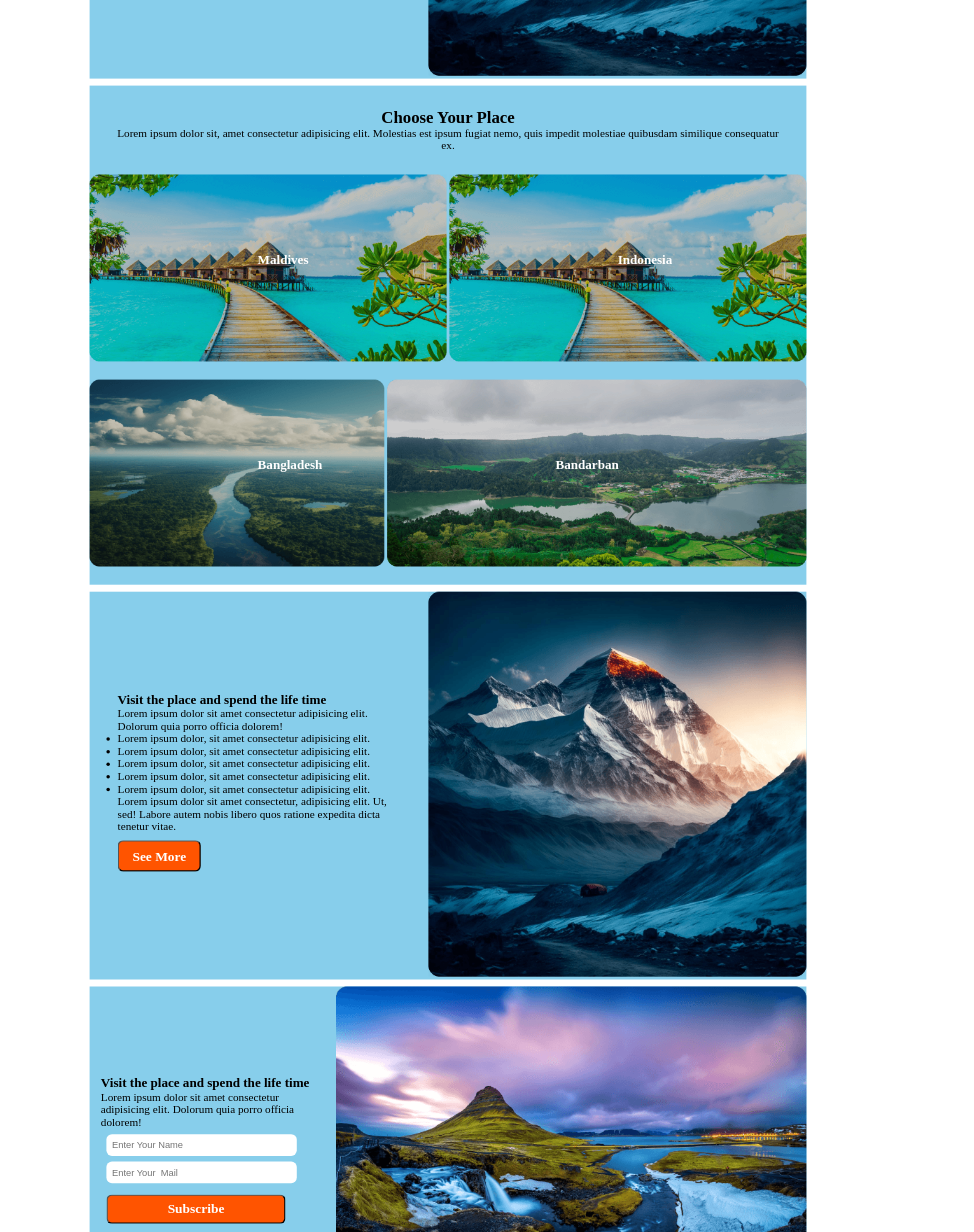
Repository: sumonkumarsarkar/Sk-Travel-Agency-
Page: index.html
The author's editor kept a copy of each file at every save. The page is drawn from the files as they stood at one save, then again after the next save.
The browser window is 1280 px wide. The page is 1392 px wide, so the pictures cover 1392 px, including what lies to the right of the window. The pictures show the part of the page from y = 1135 to 2895 px (the page is 3267 px tall before and 4963 px after), at 70% of full size.

Above is the page before, as saved 2024-01-17 07:16:15.

### index.html
<!DOCTYPE html>
<html lang="en">
<head>
    <meta charset="UTF-8">
    <meta name="viewport" content="width=device-width, initial-scale=1.0">
    <title>Sk-Travel-Agency</title>
    <link rel="stylesheet" href="./style.css">

    <link rel="stylesheet" href="https://cdnjs.cloudflare.com/ajax/libs/font-awesome/6.5.1/css/all.min.css" integrity="sha512-DTOQO9RWCH3ppGqcWaEA1BIZOC6xxalwEsw9c2QQeAIftl+Vegovlnee1c9QX4TctnWMn13TZye+giMm8e2LwA==" crossorigin="anonymous" referrerpolicy="no-referrer" />
</head>
<body>
    <header>
         <div class="container">
            <nav>
                <div class="icon-header">
                    <p> <span><img src="./Images/Group 40071 (2).png" alt=""></span>Sk-Travel-Agency</p>
                </div>
                <div class="menu-header">
                    <ul>
                        <li><a href="#">Home</a></li>
                        <li><a href="#">About</a></li>
                        <li><a href="#">Package</a></li>
                        <li><a href="#">Blog</a></li>
                        <li><a href="#">Contact</a></li>
                    </ul>
                </div>
            </nav>
         </div>


<div class="container">
    <div class="banner-section">
        <h2>Our Service</h2>
        <p>Lorem ipsum dolor sit amet consectetur adipisicing elit. Placeat in, ex esse distinctio veritatis error?</p>
        <div class="banner-button">
         <h3>where </h3>
         <h3>when<span><i class="fa-solid fa-chevron-down"></i></span></h3>
         <h3>when<span><i class="fa-solid fa-chevron-down"></i></span></h3>

        <button type="button"> <span><i class="fa-solid fa-magnifying-glass"></i></span>Find Now</button>
        </div>
       </div>

</div>


<div class="container">
    <div class="container-item">
        <div class="text-item">
         <h3>Our Popular Place</h3>
         <p>Lorem ipsum dolor sit amet consectetur adipisicing elit. Dolorum quia porro officia dolorem!</p>
         <ul>
            <li><p>Lorem ipsum dolor, sit amet consectetur adipisicing elit.</p></li>
            <li><p>Lorem ipsum dolor, sit amet consectetur adipisicing elit.</p></li>
            <li><p>Lorem ipsum dolor, sit amet consectetur adipisicing elit.</p></li>
            <li><p>Lorem ipsum dolor, sit amet consectetur adipisicing elit.</p></li>
            <li><p>Lorem ipsum dolor, sit amet consectetur adipisicing elit.</p></li>
         </ul>
         <p>Lorem ipsum dolor sit amet consectetur, adipisicing elit. Ut, sed! Labore autem nobis libero quos ratione expedita dicta tenetur vitae.</p>
         <button type="button">See More</button>
        </div>
        <div class="container-img-item">
            <img src="./Images/Rectangle 4.png" alt="">
        </div>
    </div>
</div>

    </header>


    <main>

        <!-- Choose Your place start   -->


<div class="container">
     <div class="container-text">
        <h2>Choose Your Place</h2>
        <p>Lorem ipsum dolor sit, amet consectetur adipisicing elit. Molestias est ipsum fugiat nemo, quis impedit molestiae quibusdam similique consequatur ex.</p>
     </div>
     <div class="container-image">

        <div class="img-row1">
            <div class="image">
                <img src="./Images/Rectangle 5.png" alt="">
                <h3>Maldives</h3>
             </div>
             <div class="image">
                <img src="./Images/Rectangle 5.png" alt="">
                <h3>Indonesia</h3>
             </div>
        </div>
        <div class="img-row1">
            <div class="image">
                <img src="./Images/Rectangle 11.png" alt="">
                <h3>Bangladesh</h3>
             </div>
             <div class="image">
                <img src="./Images/Rectangle 10.png" alt="">
                <h3>Bandarban</h3>
             </div>
        </div>





     </div>

</div>

        <!-- Choose Your place end
           -->

        <!-- place part start  -->

<div class="container">
    <div class="container-item">
        <div class="text-item">
         <h3>Visit the place and spend the life time</h3>
         <p>Lorem ipsum dolor sit amet consectetur adipisicing elit. Dolorum quia porro officia dolorem!</p>
         <ul>
            <li><p>Lorem ipsum dolor, sit amet consectetur adipisicing elit.</p></li>
            <li><p>Lorem ipsum dolor, sit amet consectetur adipisicing elit.</p></li>
            <li><p>Lorem ipsum dolor, sit amet consectetur adipisicing elit.</p></li>
            <li><p>Lorem ipsum dolor, sit amet consectetur adipisicing elit.</p></li>
            <li><p>Lorem ipsum dolor, sit amet consectetur adipisicing elit.</p></li>
         </ul>
         <p>Lorem ipsum dolor sit amet consectetur, adipisicing elit. Ut, sed! Labore autem nobis libero quos ratione expedita dicta tenetur vitae.</p>
         <button type="button">See More</button>
        </div>
        <div class="container-img-item">
            <img src="./Images/Rectangle 4.png" alt="">
        </div>
    </div>
</div>


 <!-- place part end  -->


 <div class="container">
    <div class="container-item">
        <div class="text-form">
         <h3>Visit the place and spend the life time</h3>
         <p>Lorem ipsum dolor sit amet consectetur adipisicing elit. Dolorum quia porro officia dolorem!</p>

         <form>
            <input type="text" placeholder="Enter Your Name">
            <input type="text" placeholder="Enter Your  Mail">
         </form>
         <button type="button">Subscribe</button>
        </div>
        <div class="container-img-item">
            <img src="./Images/Rectangle 8 (1).png" alt="">
            <h3>SK.Com</h3>
            <h2>Save Up to 70 %</h2>
        </div>
    </div>
</div>



<!-- form part start  -->




<!-- form part end  -->


    </main>









        <footer>
            <div class="container">

                    <div class="nornal-text">
                           <h3> <span><img src="./Images/Group 40071 (2).png" alt=""></span>Sk Travel Agency</h3>
                            <p>Lorem ipsum dolor sit, amet consectetur adipisicing elit. Expedita, sint!</p>
                    </div>

                <div class="icon-img">
                    <i class="fa-brands fa-facebook"></i>
                    <i class="fa-brands fa-twitter"></i>
                    <i class="fa-brands fa-linkedin"></i>
                    <i class="fa-brands fa-instagram"></i>
                    <i class="fa-brands fa-tiktok"></i>
                </div>

                <hr>

               <div class="last-text">
                 <p>@ 2017 All Rights Reserved</p>

               </div>


         </footer>





</body>
</html>

### style.css
*{
    margin: 0;
    padding: 0;
}



/* main Choose Your place start  */

.container-text {
text-align: center;
padding: 2rem;
}

.img-row1{
    display: flex;
    width: 100%;
    gap:.3rem;

}
.image img{
    width:100%;

}
.image h3{
 position: relative;
    top:-10rem;
    left:15rem;
    color: #FFF;
}
/* .indonesia-image img{
    width:100%;

}
.indonesia-image h3{
 position: relative;
    top:-10rem;
    left:15rem;
    color: #FFF;
} */





/* main Choose Your place end */


 /* main place part start  */
.container-item{
    display: flex;
    justify-content:space-around;
    align-items: center;
    margin: 10px auto;
}

.container-item .text-item{
    padding: 40px;
}

button{
color: #FFF;
text-align: center;
font-family: Mulish;
font-size: 1.2rem;
font-style: normal;
font-weight: 800;
padding: .6rem 1.2rem;
border-radius:.5rem;
background: #FF5400;
margin: 10px auto;

}



/* form part start  */

.text-form  form input{
    display: block;
    padding:.5rem;
    width: 80%;
    margin:.5rem;
    border: none;
    border-radius: .5rem;
}
.text-form{

    padding:.5rem;
    width: 80%;
    margin:.5rem;
}
.text-form button{

    padding:.5rem;
    width: 80%;
    margin:.5rem;
}



/* form part end  */




 /* main place part end */

/* header menu bar start  */




nav{
    display: flex;
    justify-content: space-between;
    align-items: center;
    margin-bottom: 1rem;
}
.icon-header{
    align-items: center;
    padding:20px;
}
.icon-header img{
    width: 1rem;
    height: 1rem;
}
.menu-header ul{
    list-style: none;

}
.menu-header ul li{
   display: inline-block;
   padding: 10px 10px;

}
.menu-header ul li a{
    text-decoration: none;
}

.banner-section{
    background-image: url("./Images/Group 13 (1) (1).png");
}




.banner-section{
    text-align: center;
    padding:15rem;


}
.banner-button h3{
    display: inline-block;
    padding: 1rem .5rem;
    color: #FFF;
    margin: 0 1rem;
}

/* header menu bar end  */


/* footer section start  */
.container{
 background: skyblue;
 margin: 1rem auto;
}
.container .nornal-text{
text-align: center;
padding: 2rem 2rem;


}.container .icon-img{
text-align: center;
padding: 1rem 2rem;


}
.container .last-text{
text-align: center;
padding: 1rem 2rem;


}
.container, hr{

width: 80%;
margin: 0 auto;


}



/* footer section end  */

After the next save:
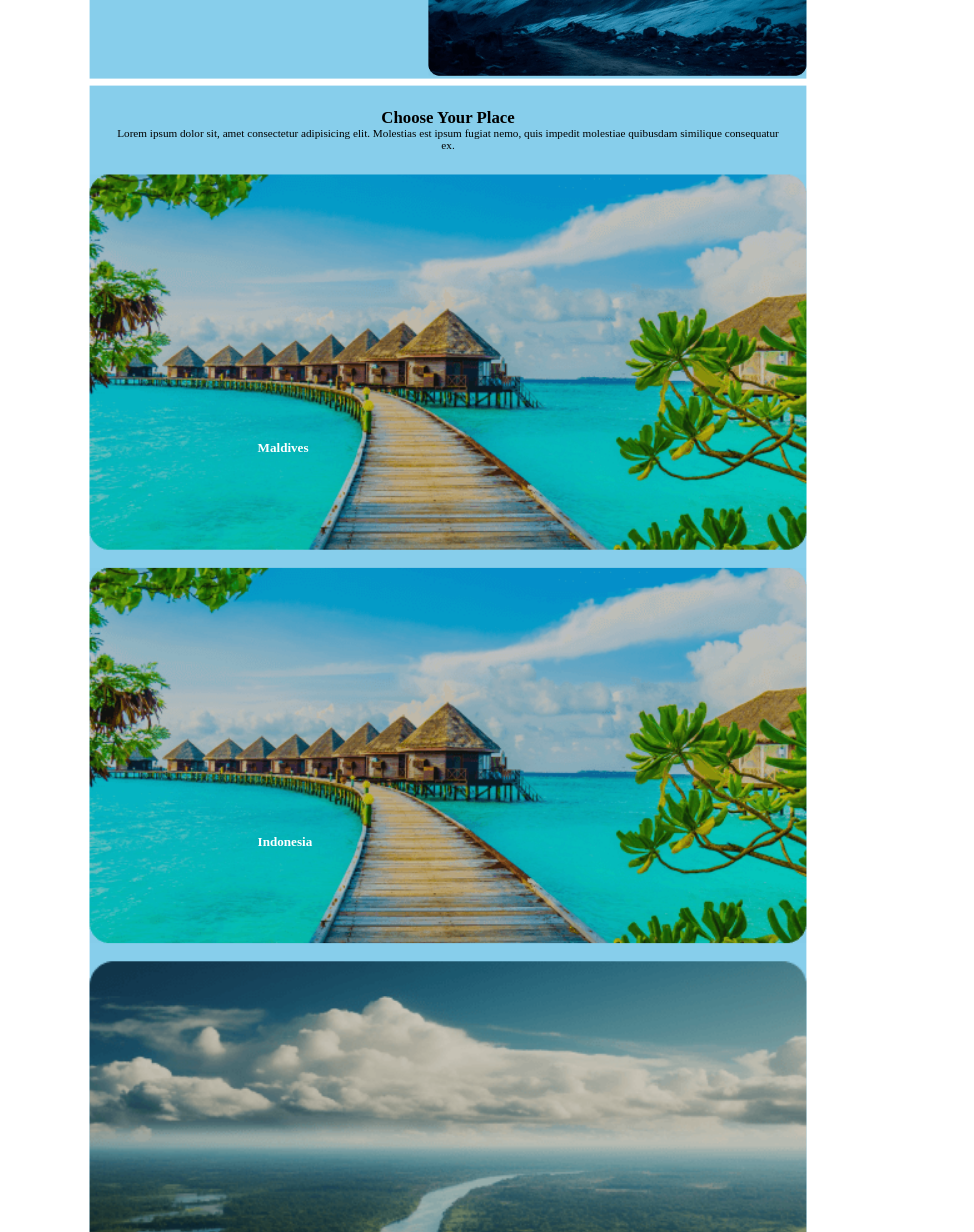
Saved 20 s later.
--- a/style.css
+++ b/style.css
@@ -12,7 +12,7 @@ text-align: center;
 padding: 2rem;
 }
 
-.img-row1{
+.img-row{
     display: flex;
     width: 100%;
     gap:.3rem;
@@ -28,16 +28,6 @@ padding: 2rem;
     left:15rem;
     color: #FFF;
 }
-/* .indonesia-image img{
-    width:100%;
-
-}
-.indonesia-image h3{
- position: relative;
-    top:-10rem;
-    left:15rem;
-    color: #FFF;
-} */
 
 
 
